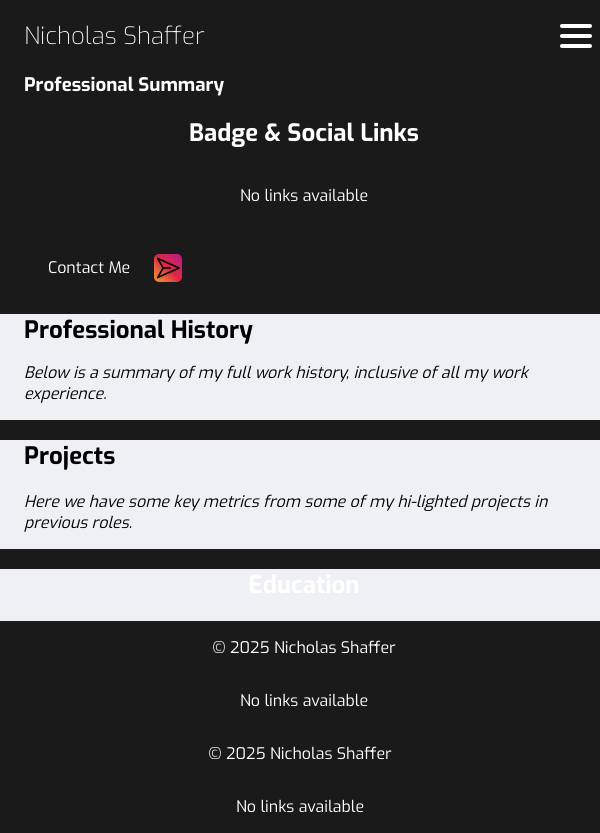
Repository: ShafferNick/nicholas_portfolio
Page: /
The author's editor kept a copy of each file at every save. The page is drawn from the files as they stood at one save, then again after the next save.
The browser window is 600 px wide. The pictures show the whole page.
The page's requests for data from a server got no answer. The project was rebuilt for these pictures with package versions that can differ from the ones it lists, and the page was loaded fresh each time. The framework's server and built-in components were replaced by stand-ins that run in the browser. No one was signed in, and anything a server would have sent is missing. Also part of the build but not shown: next.config.ts.

Above is the page before, as saved 2025-03-19 13:28:09.

### src/app/layout.tsx
import './globals.css';
import type { Metadata } from 'next';
import NavbarClient from './components/NavbarClient';
import FooterClient from './components/FooterClient';

export const metadata: Metadata = {
  title: "Nicholas Shaffer Portfolio",
  description: "Portfolio of Nicholas Shaffer",
};

export default function RootLayout({ children }: Readonly<{ children: React.ReactNode }>) {
  return (
    <html lang="en">
      <body className="flex flex-col min-h-screen w-full overflow-x-hidden" suppressHydrationWarning>
        {/* Navbar */}
        <NavbarClient />

        {/* Main Content - Full width with increased padding */}
        <main className="flex-grow w-full overflow-x-hidden px-12 md:px-20">
          {children}
        </main>

        {/* Footer */}
        <FooterClient />
      </body>
    </html>
  );
}

### src/app/page.tsx
import { client } from '@/app/sanityClient';
import Image from 'next/image';
import Hero from './components/Hero';
import Links from './components/Links';
import ProfessionalHistory from './components/ProfessionalHistory';
import Projects from './components/Projects';
import Education from './components/Education';
import FooterClient from './components/FooterClient';
import { SanityImageSource } from '@/app/types/sanity-types';

type Job = {
  _id: string;
  title: string;
  dates: { startDate: string; endDate: string | null };
  description: string[];
  location: string;
  companyLogo?: SanityImageSource;
};

type Project = {
  _id: string;
  title: string;
  timeline: { startDate: string; endDate: string | null };
  summary: string;
  description: string[];
};

type Profile = {
  _id: string;
  summary: string;
};

type Link = {
  _id: string;
  title: string;
  url: string;
  icon: string;
};

type EducationEntry = {
  _id: string;
  institution: string;
  major: string;
  gpa: number;
  activities: string[];
  dates: { startDate: string; endDate: string | null };
};

async function getData() {
  try {
    const profile = await client.fetch<Profile[]>(`*[_type == "profile"]`);
    const jobs = await client.fetch<Job[]>(
      `*[_type == "job"] {
        _id,
        title,
        dates,
        description,
        location,
        companyLogo {
          ...,
          asset->
        }
      } | order(dates.startDate desc)`
    );
    const projects = await client.fetch<Project[]>(
      `*[_type == "project"] {
        _id,
        title,
        timeline,
        summary,
        description
      } | order(timeline.startDate desc)`
    );
    const links = await client.fetch<Link[]>(`*[_type == "link"]`);
    const education = await client.fetch<EducationEntry[]>(
      `*[_type == "education"] {
        _id,
        institution,
        major,
        gpa,
        activities,
        dates
      } | order(dates.startDate desc)`
    );
    console.log('Fetched links in getData:', links);
    console.log('Fetched education in getData:', education);
    return { profile: profile[0], jobs, projects, links, education };
  } catch (error) {
    console.error('Error fetching data from Sanity:', error);
    return { profile: { _id: '', summary: '' }, jobs: [], projects: [], links: [], education: [] };
  }
}

export default async function Home() {
  const data = await getData();
  const { profile, jobs, projects, links, education } = data;

  console.log('Links in Home (before rendering):', links);
  console.log('Education in Home (before rendering):', education);

  const safeLinks = Array.isArray(links) ? links : [];

  return (
    <>
      {/* Hero Section */}
      <Hero summary={profile.summary} />

      {/* Badge & Social Links Section */}
      <Links links={safeLinks} />

      <section className="contact-section">
        <div className="max-w-4xl mx-auto">
          <div className="contact-me">
            <span>Contact Me</span>
            <Image
              src="/paper-plane-svgrepo-com.svg"
              alt="Contact Icon"
              width={24}
              height={24}
              className="contact-icon"
            />
          </div>
        </div>
      </section>

      {/* Professional History Section */}
      <ProfessionalHistory jobs={jobs} />

      {/* Projects Section */}
      <Projects projects={projects} />

      {/* Education Section */}
      <Education education={education} />

      {/* Footer Section */}
      <FooterClient links={safeLinks} />
    </>
  );
}

### src/app/globals.css
@import url('https://fonts.googleapis.com/css2?family=Exo:wght@200;400;700&display=swap');
@import 'slick-carousel/slick/slick.css';
@import 'slick-carousel/slick/slick-theme.css';

@tailwind base;
@tailwind components;
@tailwind utilities;

body {
  font-family: 'Exo', sans-serif;
  background: #1A1A1A;
  color: #FFFFFF;
  margin: 0;
  padding: 0;
  scroll-behavior: smooth;
  overflow-x: hidden;
}

h1 {
  font-weight: 700;
}

h2 {
  font-weight: 550;
}

h3 {
  font-weight: 400;
}

a {
  color: inherit;
  text-decoration: none;
  font-family: 'Exo';
}

.hero-custom-black {
  background-color: #1A1A1A;
}

.animate-slide-in {
  animation: slideIn 1s ease-out;
}

@keyframes slideIn {
  from {
    transform: translateY(20px);
    opacity: 0;
  }

  to {
    transform: translateY(0);
    opacity: 1;
  }
}

/* Desktop Menu Styling */
@media (min-width: 768px) {
  .desktop-menu {
    display: flex !important;
    justify-content: space-between !important;
    width: 100% !important;
  }

  .mobile-menu-toggle {
    display: none !important;
  }

  .nav-link {
    margin: 0.5rem 1rem;
    padding: 0.25rem 0;
    transition: color 0.3s ease-in-out;
  }

  .nav-link:hover {
    color: #d1d5db;
    text-decoration: underline;
    text-decoration-thickness: 2px;
  }
}

/* Mobile Menu Styling */
@media (max-width: 767px) {
  nav .desktop-menu {
    display: none !important;
  }

  .mobile-menu-toggle {
    display: block !important;
    position: fixed !important;
    top: 1rem !important;
    right: clamp(2rem, 5vw, 3rem) !important;
    z-index: 1000 !important;
    padding: 0.5rem !important;
  }

  .mobile-menu-toggle span {
    background-color: #ffffff !important;
    width: 32px !important;
    height: 4px !important;
    margin-bottom: 6px !important;
    border-radius: 2px !important;
    display: block !important;
  }

  .mobile-menu {
    display: flex !important;
    flex-direction: column !important;
    align-items: center !important;
    position: fixed !important;
    top: 0 !important;
    right: 0 !important;
    width: 50vw !important;
    height: 100vh !important;
    background-color: #000000 !important;
    padding: 1rem !important;
    transform: translateX(100%) !important;
    z-index: 50 !important;
  }

  .mobile-menu.active {
    transform: translateX(0) !important;
  }

  .mobile-menu .close-button {
    position: absolute !important;
    top: 1rem !important;
    right: clamp(2rem, 5vw, 3rem) !important;
    z-index: 1001 !important;
  }

  .mobile-menu a {
    color: #ffffff !important;
    font-size: 1.25rem !important;
    padding: 1rem 0 !important;
    width: 100% !important;
    text-align: center !important;
    transition: color 0.3s ease-in-out !important;
  }

  .mobile-menu a:hover,
  .mobile-menu a.active-link {
    color: #ff0000 !important;
    text-decoration: underline !important;
    font-weight: bold !important;
  }

  .mobile-menu .flex-col {
    gap: 2rem !important;
  }
}

/* Ensure all text elements within <main> have left and right padding */
main h1,
main h2,
main h3,
main p,
main ul,
main li,
main span,
main div.contact-me {
  padding-left: 1.5rem !important;
  /* 24px on mobile */
  padding-right: 1rem !important;
  /* 16px on mobile */
}

@media (min-width: 768px) {

  main h1,
  main h2,
  main h3,
  main p,
  main ul,
  main li,
  main span,
  main div.contact-me {
    padding-left: 2rem !important;
    /* 32px on desktop */
    padding-right: 1.5rem !important;
    /* 24px on desktop */
  }
}

/* Professional History Section */
.professional-history-section {
  color: #000000 !important;
  width: 100vw !important;
  margin: 0 !important;
  padding: 0 !important;
}

.professional-history-section * {
  color: #000000 !important;
}

/* Ensure job title is bold */
.professional-history-section h3 {
  font-weight: 700 !important;
}

/* Style react-slick arrows and dots */
.professional-history-section .slick-prev,
.professional-history-section .slick-next {
  width: 40px;
  height: 40px;
  background: rgba(255, 255, 255, 0.5);
  border: 2px solid #000000;
  border-radius: 50%;
  z-index: 10;
  transition: background 0.3s ease, color 0.3s ease;
}

.professional-history-section .slick-prev:hover,
.professional-history-section .slick-next:hover {
  background: #ffffff;
  color: #000000;
}

.professional-history-section .slick-prev {
  left: -50px;
}

.professional-history-section .slick-next {
  right: -50px;
}

.professional-history-section .slick-dots {
  bottom: 5px;
  text-align: center;
  position: relative;
}

.professional-history-section .slick-dots li {
  display: inline-block;
  margin: 0 5px;
}

.professional-history-section .slick-dots li button:before {
  font-size: 12px;
  color: #000000;
}

.professional-history-section .slick-dots li.slick-active button:before {
  color: #000000;
}

/* Add spacing between bullet points in Professional History */
.professional-history-section ul {
  list-style-type: disc;
  padding-left: 20px;
}

.professional-history-section ul li {
  display: block;
  margin-bottom: 8px;
}

/* Badge & Social Links Section */
.badge-social-section {
  margin: 0 !important;
  padding: 0 !important;
  margin-bottom: 2rem !important;
}

.badge-social-header {
  text-align: left;
  font-size: 1.5rem;
  margin-bottom: 0.5rem;
}

.badge-social-section section {
  margin-bottom: 0 !important;
}

.badge-social-section .flex {
  justify-content: space-around !important;
  gap: 1rem !important;
}

/* Contact Me Section */
.contact-section {
  margin: 0 !important;
  padding: 0 !important;
  margin-bottom: 2rem !important;
}

.contact-me {
  display: flex;
  align-items: center;
  gap: 0.5rem;
}

.contact-icon {
  width: 24px;
  height: 24px;
  transition: transform 0.3s ease-in-out;
  background: linear-gradient(45deg, #f09433, #e6683c, #dc2743, #cc2366, #bc1888);
  border-radius: 5px;
  padding: 2px;
}

.contact-icon:hover {
  transform: scale(1.2);
}

/* Adjustments for Professional History Section Spacing */
.professional-history-section h2 {
  margin-bottom: 0.5rem !important;
  /* Closer spacing below header */
}

.professional-history-section p.italic {
  margin-bottom: 1rem !important;
  /* Closer spacing below paragraph */
}

/* Ensure card content adjusts on smaller screens */
.professional-history-section .slick-slide {
  padding-bottom: 2rem;
}

.professional-history-section .slick-slide .flex-col {
  min-height: 0 !important;
  /* Override fixed height */
  display: flex;
  flex-direction: column;
}

.professional-history-section .slick-slide img {
  max-width: 100 !important;
  /* Ensure images scale down */
  height: auto !important;
}

@media (max-width: 767px) {
  .professional-history-section .slick-slide .p-6 {
    padding: 1rem !important;
    /* Reduce padding on mobile */
  }

  .professional-history-section .slick-slide img {
    max-height: 80px !important;
    /* Smaller logo on mobile */
    width: auto !important;
  }

  .professional-history-section .slick-prev,
  .professional-history-section .slick-next {
    display: none !important;
    /* Hide arrows on mobile if desired */
  }
}

/* Projects Section */
.projects-section {
  color: #000000 !important;
  width: 100vw !important;
  margin: 0 !important;
  padding: 0 !important;
}

.projects-section * {
  color: #000000 !important;
}

/* Ensure project title is bold */
.projects-section h3 {
  font-weight: 700 !important;
}

/* Style react-slick arrows and dots for projects */
.projects-section .slick-prev,
.projects-section .slick-next {
  width: 40px;
  height: 40px;
  background: rgba(255, 255, 255, 0.5);
  border: 2px solid #000000;
  border-radius: 50%;
  z-index: 10;
  transition: background 0.3s ease, color 0.3s ease;
}

.projects-section .slick-prev:hover,
.projects-section .slick-next:hover {
  background: #ffffff;
  color: #000000;
}

.projects-section .slick-prev {
  left: -50px;
}

.projects-section .slick-next {
  right: -50px;
}

.projects-section .slick-dots {
  bottom: 20px;
  text-align: center;
  position: relative;
}

.projects-section .slick-dots li {
  display: inline-block;
  margin: 0 5px;
}

.projects-section .slick-dots li button:before {
  font-size: 12px;
  color: #000000;
}

.projects-section .slick-dots li.slick-active button:before {
  color: #000000;
}

/* Add spacing between bullet points in Projects */
.projects-section ul {
  list-style-type: disc;
  padding-left: 20px;
}

.projects-section ul li {
  display: block;
  margin-bottom: 8px;
}


/* Footer Section */
/* Footer-specific link styling */
footer .flex.justify-around {
  display: flex;
  justify-content: space-around;
  align-items: center;
  flex-wrap: wrap;
  gap: 1rem;
  /* Matches the gap-4 (1rem) from the top section */
  max-width: 1024px;
  /* Matches max-w-4xl */
  margin: 0 auto;
  padding: 0 1rem;
  /* Add padding to prevent edge crowding */
}

footer a {
  padding: 0.5rem;
  /* Matches p-2 from the top section */
  transition: transform 0.3s ease-in-out;
}

footer a:hover {
  transform: scale(1.1);
  /* Matches hover:scale-110 */
}

/*
footer svg,
footer img {
  width: 40px;

  height: 40px;
}
*/


/* Ensure the footer links are centered and spaced like the top section */
footer .flex.justify-around>a {
  flex: 0 0 auto;
  /* Prevent flex items from growing/shrinking */
}

### src/app/components/FooterClient.tsx
'use client';
import Links from './Links';

type Link = {
  _id: string;
  title: string;
  url: string;
  icon: string;
};

type FooterClientProps = {
  links?: Link[];
};

export default function FooterClient({ links = [] }: FooterClientProps) {
  console.log('Links in FooterClient:', links); // Debug log
  return (
    <footer className="bg-gray-800 text-white py-6 text-center w-full">
      <div className="flex flex-col items-center gap-4">
        <p>© 2025 Nicholas Shaffer</p>
        <Links links={links} isFooter={true} />
      </div>
    </footer>
  );
}

### src/app/sanityClient.ts
import { createClient } from '@sanity/client';

console.log('Project ID:', process.env.NEXT_PUBLIC_SANITY_PROJECT_ID);
console.log('Dataset:', process.env.NEXT_PUBLIC_SANITY_DATASET);

if (!process.env.NEXT_PUBLIC_SANITY_PROJECT_ID) {
  throw new Error('NEXT_PUBLIC_SANITY_PROJECT_ID is not set. Check .env.local or Vercel env variables.');
}

export const client = createClient({
  projectId: process.env.NEXT_PUBLIC_SANITY_PROJECT_ID,
  dataset: process.env.NEXT_PUBLIC_SANITY_DATASET || 'production',
  apiVersion: '2023-05-03', // Fixed to a valid version
  useCdn: true,
});

### src/app/components/Hero.tsx
import React from 'react';

type HeroProps = {
  summary: string;
};

export default function Hero({ summary }: HeroProps) {
    return (
        <section className="hero-custom-black py-20 md:py-28 text-left animate-slide-in">
            <div className="max-w-4xl mx-auto px-8 md:px-12">
                <h1 className="text-5xl md:text-6xl font-extralight mb-6" style={{ fontWeight: 200 }}>
                    Nicholas Shaffer
                </h1>
                <div className="max-w-2xl mb-8">
                    <h3 className="text-lg md:text-xl font-bold mb-4" style={{ fontWeight: 700 }}>
                        Professional Summary
                    </h3>
                    <p className="text-base md:text-lg leading-relaxed font-extralight" style={{ fontWeight: 200 }}>
                        {summary}
                    </p>
                </div>
            </div>
        </section>
    );
}

### src/app/components/ProfessionalHistory.tsx
'use client';
import React from 'react';
import Slider from 'react-slick';
import Image from 'next/image';
import { urlFor } from '@/app/sanityImageUrl'; // Updated to match subdirectory
import { SanityImageSource } from '@/app/types/sanity-types';

type Job = {
  _id: string;
  title: string;
  dates: { startDate: string; endDate: string | null };
  description: string[];
  location: string;
  companyLogo?: SanityImageSource;
};

type ProfessionalHistoryProps = {
  jobs: Job[];
};

export default function ProfessionalHistory({ jobs }: ProfessionalHistoryProps) {
  const settings = {
    dots: true,
    infinite: true,
    speed: 500,
    slidesToShow: 1,
    slidesToScroll: 1,
    arrows: true,
    responsive: [
      {
        breakpoint: 768,
        settings: {
          slidesToShow: 1,
          slidesToScroll: 1,
          arrows: false,
        },
      },
    ],
  };



  return (
    <section className="professional-history-section py-16 bg-[#EFF0F3] animate-slide-in w-full professional-history-spacing">
      <div className="max-w-4xl mx-auto">
        <h2 className="text-5xl md:text-6xl font-bold text-left pt-8 md:pt-12">Professional History</h2>
        <p className="text-sm italic">Below is a summary of my full work history, inclusive of all my work experience.</p>
        <Slider {...settings}>
          {jobs.map((job) => (
            <div key={job._id} className="px-2">
              <div className="bg-white shadow-lg rounded-lg p-6 flex flex-col min-h-[500px] transition-transform duration-300 hover:shadow-xl">
                <div className="flex-1">
                  <h3 className="text-xl md:text-2xl font-bold mb-2">{job.title}</h3>
                  <p className="mb-2 text-sm italic">
                    {job.dates.startDate} - {job.dates.endDate || 'Present'} | {job.location}
                  </p>
                  <ul className="list-disc list-inside text-sm space-y-2 mb-4">
                    {job.description.map((bullet, index) => (
                      <li key={index}>{bullet}</li>
                    ))}
                  </ul>
                  <div className="flex justify-center mt-auto">
                    {job.companyLogo ? (
                      <Image
                        src={urlFor(job.companyLogo).fit('max').width(200).url()}
                        alt={`${job.title} company logo`}
                        width={200}
                        height={200}
                        unoptimized={true}
                        className="object-contain"
                        style={{ maxHeight: '120px' }}
                      />
                    ) : (
                      <div className="h-32 w-32 bg-gray-300 rounded-lg"></div>
                    )}
                  </div>
                </div>
              </div>
            </div>
          ))}
        </Slider>
      </div>
    </section>
  );
}

### src/app/components/Projects.tsx
'use client';
import React from 'react';
import Slider from 'react-slick';
import Image from 'next/image';
import { urlFor } from '@/app/sanityImageUrl';
import { SanityImageSource } from '@/app/types/sanity-types';

type Project = {
  _id: string;
  title: string;
  timeline: { startDate: string; endDate: string | null };
  summary: string;
  description: string[];
};

type ProjectsProps = {
  projects: Project[];
};

export default function Projects({ projects }: ProjectsProps) {
  const settings = {
    dots: true,
    infinite: true,
    speed: 500,
    slidesToShow: 1,
    slidesToScroll: 1,
    arrows: true,
    responsive: [
      {
        breakpoint: 768,
        settings: {
          slidesToShow: 1,
          slidesToScroll: 1,
          arrows: false,
        },
      },
    ],
  };

  return (
    <section className="projects-section py-16 bg-[#EFF0F3] text-black animate-slide-in w-full">
      <div className="max-w-4xl mx-auto">
              <h2 className="text-5xl md:text-6xl font-bold text-left pt-8 md:pt-12">Projects</h2>
              <p className="text-sm italic">Here we have some key metrics from some of my hi-lighted projects in previous roles.</p>
        <Slider {...settings}>
          {projects.map((project) => (
            <div key={project._id} className="px-2">
              <div className="bg-gray-200 shadow-lg rounded-lg p-6 flex flex-col min-h-[400px] transition-transform duration-300 hover:shadow-xl">
                <div className="flex-1">
                  <h3 className="text-xl md:text-2xl font-medium mb-2">{project.title}</h3>
                  <p className="mb-2 text-sm italic">
                    {project.timeline.startDate} - {project.timeline.endDate || 'Present'}
                  </p>
                  <p className="text-gray-600 mb-4">{project.summary}</p>
                  <ul className="list-disc list-inside text-sm space-y-2 mb-6">
                    {project.description.map((desc, index) => (
                      <li key={index} className="leading-relaxed">
                        {desc}
                      </li>
                    ))}
                  </ul>
                </div>
                <div className="flex justify-center mt-auto">
                  {/* Placeholder for project image - you can add an image field to the schema if desired */}
                  <div className="w-32 h-32 bg-gray-300 rounded-lg"></div>
                </div>
              </div>
            </div>
          ))}
        </Slider>
      </div>
    </section>
  );
}

### src/app/components/Education.tsx
'use client';
import React from 'react';

type EducationEntry = {
  _id: string;
  institution: string;
  major: string;
  gpa: number;
  activities: string[];
  dates: { startDate: string; endDate: string | null };
};

type EducationProps = {
  education: EducationEntry[];
};

export default function Education({ education }: EducationProps) {
  return (
    <section className="education-section py-16 bg-[#EFF0F3] text-black animate-slide-in w-full">
      <div className="max-w-4xl mx-auto">
        <h2 className="text-3xl md:text-4xl font-bold mb-12 text-center">Education</h2>
        <div className="bg-white shadow-lg rounded-lg p-6">
          <div className="grid grid-cols-1 md:grid-cols-2 gap-6">
            {education.map((entry) => (
              <div key={entry._id} className="flex flex-col">
                <h3 className="text-xl md:text-2xl font-bold mb-2">{entry.institution}</h3>
                <p className="mb-2 text-sm italic">
                  {entry.major} | {entry.dates.startDate} - {entry.dates.endDate || 'Present'}
                </p>
                <p className="text-sm mb-2">GPA: {entry.gpa}</p>
                <ul className="list-disc list-inside text-sm space-y-2">
                  {entry.activities.map((activity, index) => (
                    <li key={index} className="leading-relaxed">
                      {activity}
                    </li>
                  ))}
                </ul>
              </div>
            ))}
          </div>
        </div>
      </div>
    </section>
  );
}

### src/app/sanityImageUrl.ts
import imageUrlBuilder from '@sanity/image-url';
import { client } from '@/app/sanityClient';
import { SanityImageSource } from '@/app/types/sanity-types'; // Should resolve to src/types/sanity-types.ts

const builder = imageUrlBuilder(client);

export function urlFor(source: SanityImageSource) {
  return builder.image(source);
}

Loaded but not shown: src/app/components/Links.tsx (128 lines, source omitted); src/app/components/NavbarClient.tsx (80 lines, source omitted)

After the next save:
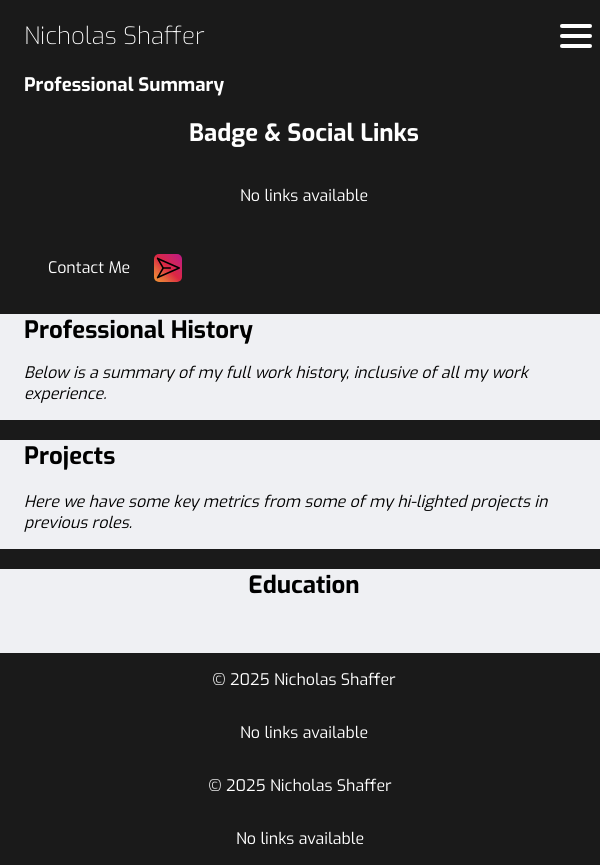
Saved 22 s later.
--- a/src/app/globals.css
+++ b/src/app/globals.css
@@ -463,9 +463,52 @@ footer img {
 }
 */
 
-
 /* Ensure the footer links are centered and spaced like the top section */
 footer .flex.justify-around>a {
   flex: 0 0 auto;
   /* Prevent flex items from growing/shrinking */
 }
+
+/* In src/app/globals.css */
+
+/* Education Section */
+.education-section {
+  color: #000000 !important;
+  width: 100vw !important;
+  margin: 0 !important;
+  padding: 0 !important;
+}
+
+.education-section * {
+  color: #000000 !important;
+}
+
+/* Ensure institution title is bold */
+.education-section h3 {
+  font-weight: 700 !important;
+}
+
+/* Add spacing between bullet points in Education */
+.education-section ul {
+  list-style-type: disc;
+  padding-left: 20px;
+}
+
+.education-section ul li {
+  display: block;
+  margin-bottom: 8px;
+}
+
+/* Ensure card content adjusts on smaller screens */
+.education-section .flex-col {
+  min-height: 0 !important;
+  display: flex;
+  flex-direction: column;
+}
+
+/* Responsive adjustments for smaller screens */
+@media (max-width: 767px) {
+  .education-section .p-6 {
+    padding: 1rem !important;
+  }
+}
